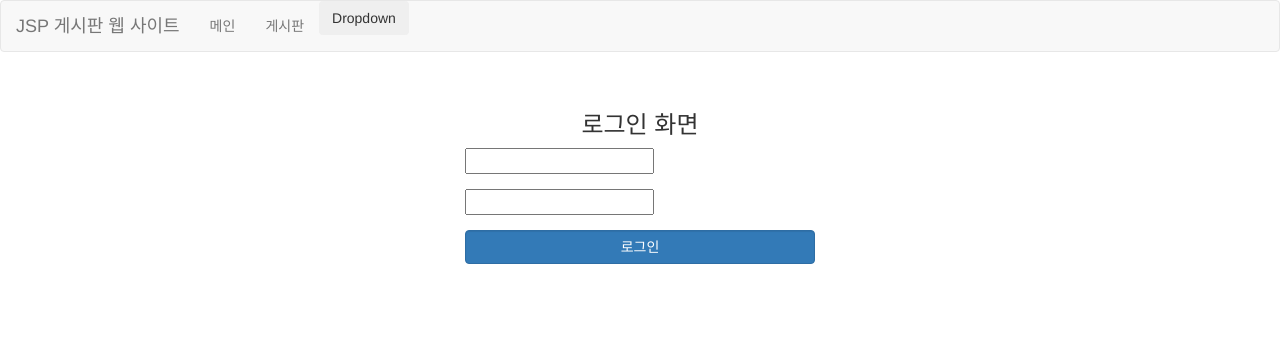
Repository: chyun94/JSP-
Page: http://localhost/BBS/join.jsp
An editor plug-in stored every save of this project. The page is shown before and after the next save, followed by the edit.
The browser window is 1280 px wide. The pictures show the whole page.
Some web libraries are served in a nearby version. The page is served by Tomcat 9. Other server files are loaded and not shown.

Above is the page before, as saved 2021-05-07 11:11:46.

### BBS/WebContent/join.jsp
<%@ page language="java" contentType="text/html; charset=UTF-8"
	pageEncoding="UTF-8"%>
<!DOCTYPE html>
<html>
<head>
<meta http-equiv="Content-Type" content="text/html; charset="UTF-8">
<!-- 아래 메타 태그는 디바이스마다 크기를 설정하기 위해서 작한한 메타 태그 -->
<meta name="viewport" content="width=device-width" , initial-scale="1">
<link rel="stylesheet" href="css/bootstrap.css">

<title>JSP 게시판 웹 사이트</title>
</head>
<body>
	<nav class="navbar navbar-default">
		<div class="navbar-header">
			<button type="button" class="navbar-toggle collapsed"
				data-toggle="collapse" data-target="#bs-example-navbar-collapse-1"
				aria-expanded="false">

				<span class="icon-bar"></span> <span class="icon-bar"></span> <span
					class="icon-bar"></span>

			</button>
			<a class="navbar-brand" href="main.jsp">JSP 게시판 웹 사이트</a>
		</div>
		<div class="collapse navbar-collapse"
			id="bs-example-navbar-collapse-1">
			<ul class="nav navbar-nav">
				<li><a href="main.jsp">메인</a></li>
				<li><a href="bbs.jsp">게시판</a></li>
			</ul>


			<div class="dropdown">
				<button class="btn btn-secondary dropdown-toggle" type="button"
					id="dropdownMenu2" data-toggle="dropdown" aria-haspopup="true"
					aria-expanded="false">Dropdown</button>
				<div class="dropdown-menu" aria-labelledby="dropdownMenu2">
					<button class="dropdown-item" type="button">Action</button>
					<button class="dropdown-item" type="button">Another action</button>
					<button class="dropdown-item" type="button">Something else
						here</button>
				</div>
			</div>

		</div>
	</nav>
	<div class="container">
		<div class="col-lg-4"></div>
		<div class="col-lg-4">
			<div class="jumbortron" style="padding-top: 20px;">
				<h3 style="text-align: center;">로그인 화면</h3>
				<div class="form-group">
					<input type="text" class="form-control=" 아이디" name="userID"
						maxlength="20">
				</div>

				<div class="form-group">
					<input type="password" class="form-control="
						비밀번호" name="userPassword" maxlength="20">
				</div>
				<input type="submit" class="btn btn-primary form-control"
					value="로그인">
			</div>
		</div>
	</div>
	<script src="https://code.jquery.com/jquery-3.1.1.min.js"></script>
	<script src="js/bootstrap.js"></script>

</body>
</html>

Loaded but not shown: BBS/WebContent/css/bootstrap.css (library); BBS/WebContent/js/bootstrap.js (library)

After the next save:
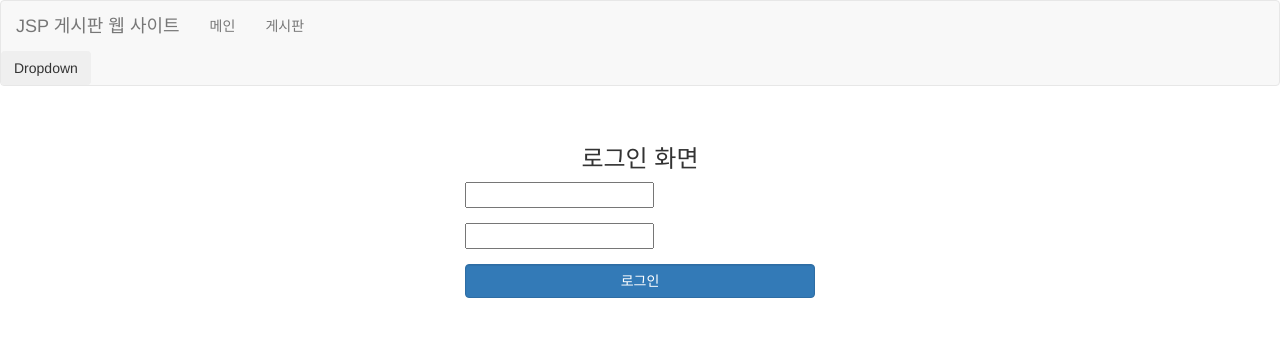
Saved 32 s later.
--- a/BBS/WebContent/join.jsp
+++ b/BBS/WebContent/join.jsp
@@ -29,9 +29,8 @@
 				<li><a href="main.jsp">메인</a></li>
 				<li><a href="bbs.jsp">게시판</a></li>
 			</ul>
-
-
-			<div class="dropdown">
+		</div>
+		<div class="dropdown">
 				<button class="btn btn-secondary dropdown-toggle" type="button"
 					id="dropdownMenu2" data-toggle="dropdown" aria-haspopup="true"
 					aria-expanded="false">Dropdown</button>
@@ -42,8 +41,6 @@
 						here</button>
 				</div>
 			</div>
-
-		</div>
 	</nav>
 	<div class="container">
 		<div class="col-lg-4"></div>
